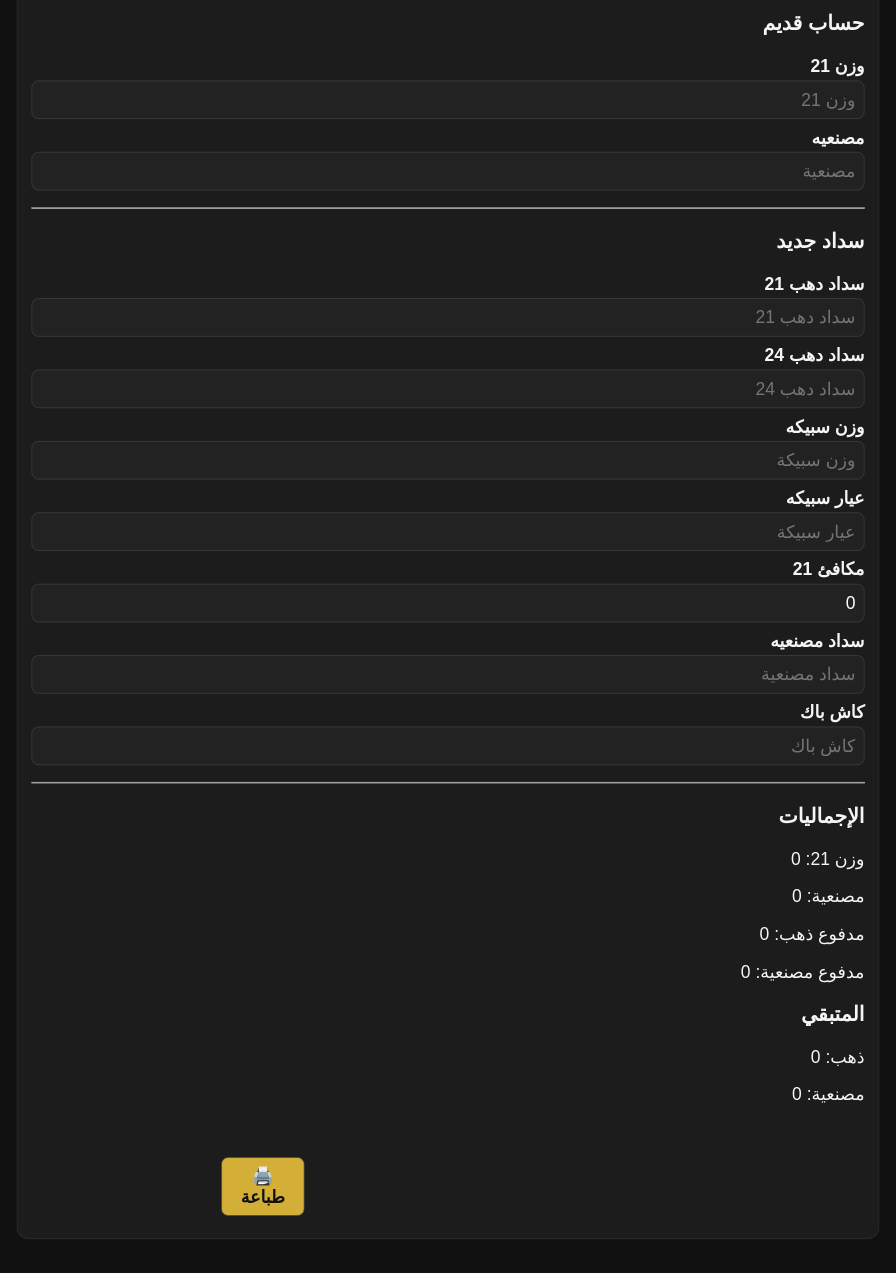
Repository: erineehab27/gold-shop
Page: /
The author's editor kept a copy of each file at every save. The page is drawn from the files as they stood at one save, then again after a run of saves.
The browser window is 1280 px wide. The pictures show the part of the page from y = 1180 to 3100 px (the page is 2998 px tall before and 3100 px after), at 70% of full size.
The project was rebuilt for these pictures with package versions that can differ from the ones it lists, and the page was loaded fresh each time. Also part of the build but not shown: vite.config.js, src/printpage.jsx.

Above is the page before, as saved 2026-05-15 12:45:48.

### index.html
<!doctype html>
<html lang="en">
  <head>
    <meta charset="UTF-8" />
    <link rel="icon" type="image/svg+xml" href="/favicon.svg" />
    <meta name="viewport" content="width=device-width, initial-scale=1.0" />
    <title>العفاريتي لتجارة الذهب و المجوهرات</title>
  </head>
  <body>
    <div id="root"></div>
    <script type="module" src="/src/main.jsx"></script>
  </body>
</html>

### src/main.jsx
// import React from "react";
// import ReactDOM from "react-dom/client";
// import App from "./App.jsx";

// ReactDOM.createRoot(document.getElementById("root")).render(
//   <React.StrictMode>
//     <App />
//   </React.StrictMode>
// );





import React from "react";
import ReactDOM from "react-dom/client";
import App from "./App.jsx";
import PrintPage from "./printpage.jsx";

import { BrowserRouter, Routes, Route } from "react-router-dom";


ReactDOM.createRoot(document.getElementById("root")).render(
  <BrowserRouter>
    <Routes>
      <Route path="/" element={<App />} />
      <Route path="/print" element={<PrintPage />} />

    </Routes>
  </BrowserRouter>
);

### src/App.jsx
// import { useState } from "react";
// import { useNavigate } from "react-router-dom";
// import "./App.css";

// export default function App() {
//   const navigate = useNavigate();

//   const [showForm, setShowForm] = useState(false);

//   // ✅ بيانات العميل manual
//   const [customerName, setCustomerName] = useState("");
//   const [customerPhone, setCustomerPhone] = useState("");
//   const [customerNotes, setCustomerNotes] = useState("");

//   const [invoices, setInvoices] = useState([]);

//   const [items, setItems] = useState([
//     { name: "", count: "", weight: "", karat: "", workmanship: "", type: "gram" }
//   ]);

//   const [oldGold, setOldGold] = useState("");
//   const [oldWorkmanship, setOldWorkmanship] = useState("");

//   const [payGold, setPayGold] = useState("");
//   const [payGold24, setPayGold24] = useState("");
//   const [payWorkmanshipNow, setPayWorkmanshipNow] = useState("");
//   const [cashBack, setCashBack] = useState("");

//   const [barWeight, setBarWeight] = useState("");
//   const [barKarat, setBarKarat] = useState("");

//   const fix = (num) => Number(Number(num).toFixed(2));

//   const handleItemChange = (index, field, value) => {
//     const updated = [...items];
//     updated[index][field] = value;
//     setItems(updated);
//   };

//   const addRow = () => {
//     setItems([
//       ...items,
//       { name: "", count: "", weight: "", karat: "", workmanship: "", type: "gram" }
//     ]);
//   };

//   let totalWeight21 = 0;
//   let totalWorkmanship = 0;

//   items.forEach((item) => {
//     const count = Number(item.count || 0);
//     const weight = Number(item.weight || 0);
//     const karat = Number(item.karat || 0);
//     const workmanship = Number(item.workmanship || 0);

//     let itemWeight = count * weight;
//     let itemWork = item.type === "piece"
//       ? count * workmanship
//       : itemWeight * workmanship;

//     let weight21 = 0;

//     if (karat === 24) weight21 = (itemWeight * 999.9) / 875;
//     else if (karat === 21) weight21 = itemWeight;
//     else weight21 = (itemWeight * karat) / 875;

//     totalWeight21 += weight21;
//     totalWorkmanship += itemWork;
//   });

//   totalWeight21 += Number(oldGold || 0);
//   totalWorkmanship += Number(oldWorkmanship || 0);

//   const payGold24_to21 = (Number(payGold24 || 0) * 999.9) / 875;
//   const barEquivalent21 = (Number(barWeight || 0) * Number(barKarat || 0)) / 875;

//   const totalPaidGold =
//     Number(payGold || 0) +
//     payGold24_to21 +
//     barEquivalent21;

//   const totalPaidWork =
//     Number(payWorkmanshipNow || 0) +
//     Number(cashBack || 0);

//   const remainingGold = fix(totalWeight21 - totalPaidGold);
//   const remainingWork = fix(totalWorkmanship - totalPaidWork);

//   return (
//     <div className="app">
//       <h1>العفاريتي لتجاره الدهب و المجوهرات</h1>

//       {/* ✅ بيانات العميل */}
//       <section className="card">
//         <h2>بيانات العميل</h2>

//         <label>اسم العميل</label>
//         <input value={customerName} onChange={(e) => setCustomerName(e.target.value)} />

//         <label>رقم التليفون</label>
//         <input value={customerPhone} onChange={(e) => setCustomerPhone(e.target.value)} />

//         <label>ملاحظات</label>
//         <textarea value={customerNotes} onChange={(e) => setCustomerNotes(e.target.value)} />
//       </section>

//       <section className="card">
//         <h2>الأصناف</h2>

//         <table>
//           <thead>
//             <tr>
//               <th>الصنف</th>
//               <th>عدد</th>
//               <th>وزن</th>
//               <th>عيار</th>
//               <th>نوع</th>
//               <th>مصنعية</th>
//               <th>الإجمالي</th>
//             </tr>
//           </thead>

//           <tbody>
//             {items.map((item, i) => {
//               const count = Number(item.count || 0);
//               const weight = Number(item.weight || 0);
//               const karat = Number(item.karat || 0);
//               const workmanship = Number(item.workmanship || 0);

//               let itemWeight = count * weight;
//               let itemWork = 0;

//               if (item.type === "piece") {
//                 itemWork = count * workmanship;
//               } else {
//                 itemWork = itemWeight * workmanship;
//               }

//               return (
//                 <tr key={i}>
//                   <td><input onChange={(e) => handleItemChange(i, "name", e.target.value)} /></td>
//                   <td><input onChange={(e) => handleItemChange(i, "count", e.target.value)} /></td>
//                   <td><input onChange={(e) => handleItemChange(i, "weight", e.target.value)} /></td>
//                   <td><input onChange={(e) => handleItemChange(i, "karat", e.target.value)} /></td>
//                   <td>
//                     <select onChange={(e) => handleItemChange(i, "type", e.target.value)}>
//                       <option value="gram">جرام</option>
//                       <option value="piece">قطعة</option>
//                     </select>
//                   </td>
//                   <td><input onChange={(e) => handleItemChange(i, "workmanship", e.target.value)} /></td>
//                   <td>
//                     وزن: {fix(itemWeight)} <br />
//                     مصنعية: {fix(itemWork)} <br />
//                     عيار: {karat === 24 ? "24" : "21"}
//                   </td>
//                 </tr>
//               );
//             })}
//           </tbody>
//         </table>

//         <button className="add" onClick={addRow}>➕ إضافة صنف</button>

//         <hr />

//         <h3>حساب قديم</h3>
//         <label>وزن 21</label>
//         <input placeholder="وزن 21" onChange={(e) => setOldGold(e.target.value)} />
//         <label> مصنعيه</label>
//         <input placeholder="مصنعية" onChange={(e) => setOldWorkmanship(e.target.value)} />

//         <hr />

//         <h3>سداد جديد</h3>
//         <label> سداد دهب 21</label>
//         <input placeholder="سداد دهب 21" onChange={(e) => setPayGold(e.target.value)} />
//         <label>سداد دهب 24</label>
//         <input placeholder="سداد دهب 24" onChange={(e) => setPayGold24(e.target.value)} />

//         {/* 🔥 السبيكة */}
//         <label>وزن سبيكه</label>
//         <input placeholder="وزن سبيكة" onChange={(e) => setBarWeight(e.target.value)} />
//         <label>عيار سبيكه</label>
//         <input placeholder="عيار سبيكة" onChange={(e) => setBarKarat(e.target.value)} />
//         <label>مكافئ 21</label>
//         <input value={fix(barEquivalent21)} readOnly placeholder="مكافئ 21" />

//         <label>سداد مصنعيه</label>
//         <input placeholder="سداد مصنعية" onChange={(e) => setPayWorkmanshipNow(e.target.value)} />
//         <label>كاش باك</label>
//         <input placeholder="كاش باك" onChange={(e) => setCashBack(e.target.value)} />

//         <hr />

//         <h3>الإجماليات</h3>
//         <p>وزن 21: {fix(totalWeight21)}</p>
//         <p>مصنعية: {fix(totalWorkmanship)}</p>
//         <p>مدفوع ذهب: {fix(totalPaidGold)}</p>
//         <p>مدفوع مصنعية: {fix(totalPaidWork)}</p>

//         <h3>المتبقي</h3>
//         <p>ذهب: {remainingGold}</p>
//         <p>مصنعية: {remainingWork}</p>

//         <button
//           className="add"
//           onClick={() => {

//             // 🔥 نروح للطباعة بالبيانات manual
//             navigate("/print", {
//               state: {
//                 customer: {
//                   name: customerName,
//                   phone: customerPhone,
//                   notes: customerNotes
//                 },
//                 items,
//                 oldGold,
//                 oldWorkmanship,
//                 payGold,
//                 payGold24,
//                 payWorkmanshipNow,
//                 cashBack,
//                 barWeight,
//                 barKarat
//               }
//             });

//           }}
//         >
//           🖨️ طباعة
//         </button>
//       </section>
//     </div>
//   );
// }





import { useState } from "react";
import { useNavigate } from "react-router-dom";
import "./App.css";

export default function App() {
  const navigate = useNavigate();

  const [showForm, setShowForm] = useState(false);

  // ✅ بيانات العميل manual
  const [customerName, setCustomerName] = useState("");
  const [customerPhone, setCustomerPhone] = useState("");
  const [customerNotes, setCustomerNotes] = useState("");

  const [invoices, setInvoices] = useState([]);

  const [items, setItems] = useState([
    { name: "", count: "", weight: "", karat: "", workmanship: "", type: "gram" }
  ]);

  const [oldGold, setOldGold] = useState("");
  const [oldWorkmanship, setOldWorkmanship] = useState("");

  const [payGold, setPayGold] = useState("");
  const [payGold24, setPayGold24] = useState("");
  const [payWorkmanshipNow, setPayWorkmanshipNow] = useState("");
  const [cashBack, setCashBack] = useState("");

  const [barWeight, setBarWeight] = useState("");
  const [barKarat, setBarKarat] = useState("");

  const fix = (num) => Number(Number(num).toFixed(2));

  const handleItemChange = (index, field, value) => {
    const updated = [...items];
    updated[index][field] = value;
    setItems(updated);
  };

  const addRow = () => {
    setItems([
      ...items,
      { name: "", count: "", weight: "", karat: "", workmanship: "", type: "gram" }
    ]);
  };

  let totalWeight21 = 0;
  let totalWorkmanship = 0;

  items.forEach((item) => {
    const count = Number(item.count || 0);
    const weight = Number(item.weight || 0);
    const karat = Number(item.karat || 0);
    const workmanship = Number(item.workmanship || 0);

    let itemWeight = count * weight;
    let itemWork = item.type === "piece"
      ? count * workmanship
      : itemWeight * workmanship;

    let weight21 = 0;

    if (karat === 24) weight21 = (itemWeight * 999.9) / 875;
    else if (karat === 21) weight21 = itemWeight;
    else weight21 = (itemWeight * karat) / 875;

    totalWeight21 += weight21;
    totalWorkmanship += itemWork;
  });

  totalWeight21 += Number(oldGold || 0);
  totalWorkmanship += Number(oldWorkmanship || 0);

  const payGold24_to21 = (Number(payGold24 || 0) * 999.9) / 875;
  const barEquivalent21 = (Number(barWeight || 0) * Number(barKarat || 0)) / 875;
  const barWorkmanship = Number(barWeight || 0) * 8.12;

  const totalPaidGold =
    Number(payGold || 0) +
    payGold24_to21 +
    barEquivalent21;

  const totalPaidWork =
    Number(payWorkmanshipNow || 0) +
    Number(cashBack || 0);
    barWorkmanship;

  const remainingGold = fix(totalWeight21 - totalPaidGold);
  const remainingWork = fix(totalWorkmanship - totalPaidWork);

  return (
    <div className="app">
      <h1>العفاريتي لتجاره الدهب و المجوهرات</h1>

      {/* ✅ بيانات العميل */}
      <section className="card">
        <h2>بيانات العميل</h2>

        <label>اسم العميل</label>
        <input value={customerName} onChange={(e) => setCustomerName(e.target.value)} />

        <label>رقم التليفون</label>
        <input value={customerPhone} onChange={(e) => setCustomerPhone(e.target.value)} />

        <label>ملاحظات</label>
        <textarea value={customerNotes} onChange={(e) => setCustomerNotes(e.target.value)} />
      </section>

      <section className="card">
        <h2>الأصناف</h2>

        <table>
          <thead>
            <tr>
              <th>الصنف</th>
              <th>عدد</th>
              <th>وزن</th>
              <th>عيار</th>
              <th>نوع</th>
              <th>مصنعية</th>
              <th>الإجمالي</th>
            </tr>
          </thead>

          <tbody>
            {items.map((item, i) => {
              const count = Number(item.count || 0);
              const weight = Number(item.weight || 0);
              const karat = Number(item.karat || 0);
              const workmanship = Number(item.workmanship || 0);

              let itemWeight = count * weight;
              let itemWork = 0;

              if (item.type === "piece") {
                itemWork = count * workmanship;
              } else {
                itemWork = itemWeight * workmanship;
              }

              return (
                <tr key={i}>
                  <td><input onChange={(e) => handleItemChange(i, "name", e.target.value)} /></td>
                  <td><input onChange={(e) => handleItemChange(i, "count", e.target.value)} /></td>
                  <td><input onChange={(e) => handleItemChange(i, "weight", e.target.value)} /></td>
                  <td><input onChange={(e) => handleItemChange(i, "karat", e.target.value)} /></td>
                  <td>
                    <select onChange={(e) => handleItemChange(i, "type", e.target.value)}>
                      <option value="gram">جرام</option>
                      <option value="piece">قطعة</option>
                    </select>
                  </td>
                  <td><input onChange={(e) => handleItemChange(i, "workmanship", e.target.value)} /></td>
                  <td>
                    وزن: {fix(itemWeight)} <br />
                    مصنعية: {fix(itemWork)} <br />
                    عيار: {karat === 24 ? "24" : "21"}
                  </td>
                </tr>
              );
            })}
          </tbody>
        </table>

        <button className="add" onClick={addRow}>➕ إضافة صنف</button>

        <hr />

        <h3>حساب قديم</h3>
        <label>وزن 21</label>
        <input placeholder="وزن 21" onChange={(e) => setOldGold(e.target.value)} />
        <label> مصنعيه</label>
        <input placeholder="مصنعية" onChange={(e) => setOldWorkmanship(e.target.value)} />

        <hr />

        <h3>سداد جديد</h3>
        <label> سداد دهب 21</label>
        <input placeholder="سداد دهب 21" onChange={(e) => setPayGold(e.target.value)} />
        <label>سداد دهب 24</label>
        <input placeholder="سداد دهب 24" onChange={(e) => setPayGold24(e.target.value)} />

        {/* 🔥 السبيكة */}
        <label>وزن سبيكه</label>
        <input placeholder="وزن سبيكة" onChange={(e) => setBarWeight(e.target.value)} />
        <label>عيار سبيكه</label>
        <input placeholder="عيار سبيكة" onChange={(e) => setBarKarat(e.target.value)} />
        <label>مكافئ 21</label>
        <input value={fix(barEquivalent21)} readOnly placeholder="مكافئ 21" />

        <label>سداد مصنعيه</label>
        <input placeholder="سداد مصنعية" onChange={(e) => setPayWorkmanshipNow(e.target.value)} />
        <label>كاش باك</label>
        <input placeholder="كاش باك" onChange={(e) => setCashBack(e.target.value)} />

        <hr />

        <h3>الإجماليات</h3>
        <p>وزن 21: {fix(totalWeight21)}</p>
        <p>مصنعية: {fix(totalWorkmanship)}</p>
        <p>مدفوع ذهب: {fix(totalPaidGold)}</p>
        <p>مدفوع مصنعية: {fix(totalPaidWork)}</p>

        <h3>المتبقي</h3>
        <p>ذهب: {remainingGold}</p>
        <p>مصنعية: {remainingWork}</p>

        <button
          className="add"
          onClick={() => {

            // 🔥 نروح للطباعة بالبيانات manual
            navigate("/print", {
              state: {
                customer: {
                  name: customerName,
                  phone: customerPhone,
                  notes: customerNotes
                },
                items,
                oldGold,
                oldWorkmanship,
                payGold,
                payGold24,
                payWorkmanshipNow,
                cashBack,
                barWeight,
                barKarat
              }
            });

          }}
        >
          🖨️ طباعة
        </button>
      </section>
    </div>
  );
}

### src/App.css
body {
  margin: 0;
  font-family: Arial, sans-serif;
  background: #111;
  color: #f5f5f5;
  direction: rtl;
  font-size: 25px;
}

.app {
  padding: 24px;
}

h1 {
  color: #d4af37;
}

.grid {
  display: grid;
  grid-template-columns: 1fr 1fr;
  gap: 24px;
}

.card {
  background: #1c1c1c;
  border: 1px solid #333;
  border-radius: 16px;
  padding: 20px;
  margin-bottom: 24px;
}

input,
textarea,
select,
button {
  width: 100%;
  padding: 12px;
  margin-bottom: 12px;
  border-radius: 10px;
  border: 1px solid #444;
  box-sizing: border-box;
}

input,
textarea,
select {
  background: #222;
  color: white;
  font-size: 25px;
}

.add {
  background: #d4af37;
  color: #111;
  font-weight: bold;
  cursor: pointer;
  width: 10%;
  margin-right:  800px;
  margin-top: 50px;
  font-size: 25px;
}

.customer {
  padding: 12px;
  background: #222;
  margin-bottom: 8px;
  border-radius: 10px;
  cursor: pointer;
}

.customer:hover {
  background: #333;
}

.customer span {
  display: block;
  color: #aaa;
  margin-top: 4px;
}

table {
  width: 100%;
  border-collapse: collapse;
  margin-top: 16px;
}

th,
td {
  border: 1px solid #333;
  padding: 10px;
  text-align: center;
}

th {
  background: #222;
  color: #d4af37;
}

.debt {
  color: #ff6b6b;
}

.credit {
  color: #4ade80;
}

.plus{
  width: 60px;
  background: #d4af37;
  margin-left: 10px;
  font-weight: bold;
  font-size: 25px;
}
label {
  display: block;
  margin-bottom: 6px;
  font-weight: bold;

}

@media print {
  button {
    display: none;
  }
  @page {
    margin-bottom: 0;
  }
}

.arrow{
  background: #d4af37;
  color: #111;
  font-weight: bold;
  cursor: pointer;
  width: 90px;
  margin-right:  1000px;
  /* margin-top: 50px; */
  font-size: 25px;
}
.plusone{
  width: 60px;
  font-weight: bold;
  font-size: 25px;
  background: #d4af37;
  margin-left: 1595px;
}
.plustwo{
  width: 60px;
  font-weight: bold;
  font-size: 25px;
  background: #d4af37;
  margin-left: 20px;

}

.print-header {
  text-align: center;
  margin-bottom: 20px;
  font-size: 15px;
}

.print-header h1 {
  margin: 0;
  font-size: 28px;
  text-align: right;

}
.textp{
  color: #d4af37;
  font-weight: bold;

}
.print-header p {
  margin: 2px 0;
  font-size: 20px;
  text-align: right;
}

After the next 4 saves:
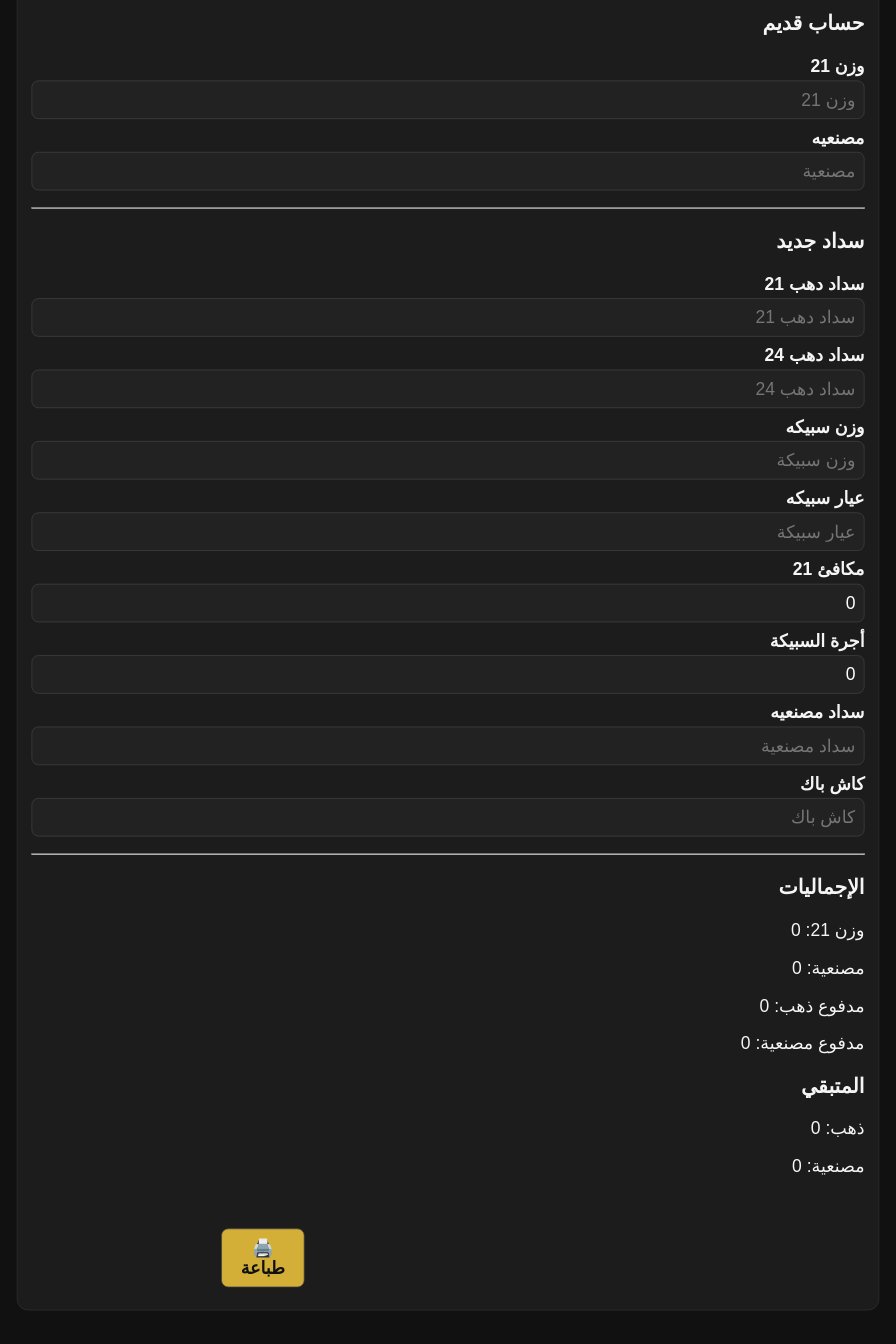
The 4 saves are shown as one change because they came seconds apart.
The last was saved 43 s later.
--- a/src/App.jsx
+++ b/src/App.jsx
@@ -429,6 +429,12 @@ export default function App() {
         <input placeholder="عيار سبيكة" onChange={(e) => setBarKarat(e.target.value)} />
         <label>مكافئ 21</label>
         <input value={fix(barEquivalent21)} readOnly placeholder="مكافئ 21" />
+        <label>أجرة السبيكة</label>
+<input
+  value={fix(barWorkmanship)}
+  readOnly
+  placeholder="أجرة السبيكة"
+/>
 
         <label>سداد مصنعيه</label>
         <input placeholder="سداد مصنعية" onChange={(e) => setPayWorkmanshipNow(e.target.value)} />
